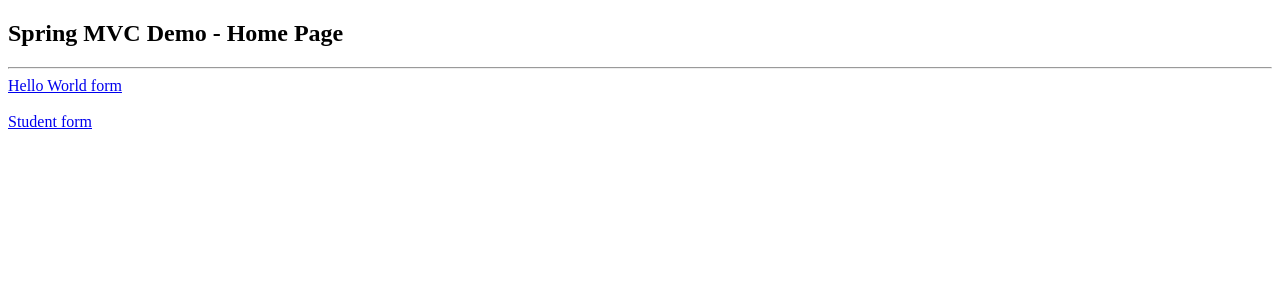
Repository: Thomas85198/SpringTest
Page: http://localhost/spring-mvc-demo/
These files come from the project's save history. The page is drawn as it stood at one moment and after the next save; the edit follows.
The browser window is 1280 px wide. The pictures show the whole page.
The page is served by Tomcat 9.

Above is the page before, as saved 2020-01-12 13:01:22.

After the next save:
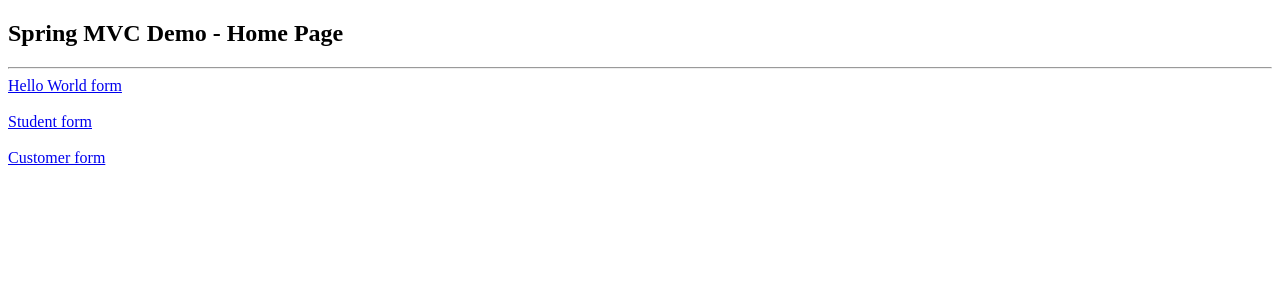
Saved 4 min 37 s later.
--- a/spring-mvc-demo/WebContent/WEB-INF/view/main-menu.jsp
+++ b/spring-mvc-demo/WebContent/WEB-INF/view/main-menu.jsp
@@ -16,6 +16,10 @@
 
 <a href="student/showForm">Student form</a>
 
+<br><br>
+
+<a href="customer/showForm">Customer form</a>
+
 </body>
 
 </html>
